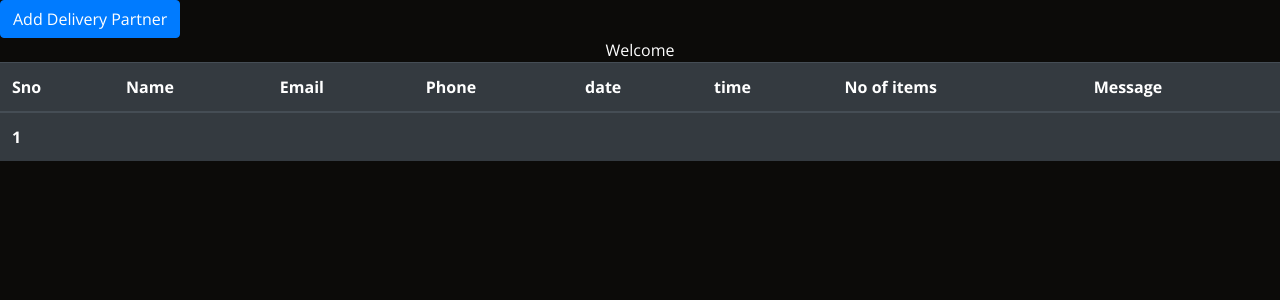
Repository: Amalraveendran/Amal
Page: http://localhost/cakehub/admin-.jsp
The author's editor kept a copy of each file at every save. The page is drawn from the files as they stood at one save, then again after the next save.
The browser window is 1280 px wide. The pictures show the whole page.
Some web fonts or font styles are not loaded; a fallback is used. The page is served by Tomcat 9. The session is filled in as if someone had signed in: {"username": "testuser"}. Other server files are loaded and not shown. The template is opened directly, without the code that normally fills it, so the values that code supplies are empty.

Above is the page before, as saved 2021-01-30 08:50:38.

### Eclipse Workspace/cakehub/WebContent/admin-.jsp
<%@ page language="java" contentType="text/html; charset=ISO-8859-1"
    pageEncoding="ISO-8859-1"%>
<!DOCTYPE html>
<html>
<head>
<meta charset="ISO-8859-1">
<title>Admin-pane</title>

 <link href="assets/img/back.jpg" rel="icon">
  <link href="assets/img/index.jpg" rel="apple-touch-icon">

  <!-- Google Fonts -->
  <link href="https://fonts.googleapis.com/css?family=Open+Sans:300,300i,400,400i,600,600i,700,700i|Playfair+Display:ital,wght@0,400;0,500;0,600;0,700;1,400;1,500;1,600;1,700|Poppins:300,300i,400,400i,500,500i,600,600i,700,700i" rel="stylesheet">

  <!-- Vendor CSS Files -->
  <link href="assets/vendor/bootstrap/css/bootstrap.min.css" rel="stylesheet">
  <link href="assets/vendor/icofont/icofont.min.css" rel="stylesheet">
  <link href="assets/vendor/boxicons/css/boxicons.min.css" rel="stylesheet">
  <link href="assets/vendor/animate.css/animate.min.css" rel="stylesheet">
  <link href="assets/vendor/owl.carousel/assets/owl.carousel.min.css" rel="stylesheet">
  <link href="assets/vendor/venobox/venobox.css" rel="stylesheet">
  <link href="assets/vendor/aos/aos.css" rel="stylesheet">

  <!-- Template Main CSS File -->
  <link href="assets/css/style.css" rel="stylesheet">
</head>
<body>



<%

if(session.getAttribute("username")==null)
{
	response.sendRedirect("login.jsp");
}




%>
<nav>

<a class="btn btn-primary" href="deliveryPartnerReg.jsp">Add Delivery Partner</a>

</nav>
<center>
Welcome

<table class="table table-dark" >
  <thead>
    <tr>
      <th scope="col">Sno</th>
      <th scope="col">Name</th>
      <th scope="col">Email</th>
      <th scope="col">Phone</th>
      <th scope="col">date</th>
      <th scope="col">time</th>
      <th scope="col">No of items</th>
      <th scope="col">Message</th>
    </tr>
  </thead>
  <tbody>

  <c:forEach var="i" begin="1" end ="10">

    <tr>
      <th scope="row">1</th>
      <td>${name }</td>
      <td>${email}</td>
      <td>${phone }</td>
        <td>${date}</td>
          <td>${time}</td>
            <td>${nos}</td>
              <td>${message}</td>
    </tr>
    </c:forEach>

  </tbody>
</table>
</center>



 <script src="assets/vendor/jquery/jquery.min.js"></script>
  <script src="assets/vendor/bootstrap/js/bootstrap.bundle.min.js"></script>
  <script src="assets/vendor/jquery.easing/jquery.easing.min.js"></script>
  <script src="assets/vendor/php-email-form/validate.js"></script>
  <script src="assets/vendor/owl.carousel/owl.carousel.min.js"></script>
  <script src="assets/vendor/isotope-layout/isotope.pkgd.min.js"></script>
  <script src="assets/vendor/venobox/venobox.min.js"></script>
  <script src="assets/vendor/aos/aos.js"></script>

  <!-- Template Main JS File -->
  <script src="assets/js/main.js"></script>
</body>
</html>

Loaded but not shown: Eclipse Workspace/cakehub/WebContent/assets/js/main.js (220 lines, source omitted); Eclipse Workspace/cakehub/WebContent/assets/css/style.css (1797 lines, source omitted)

After the next save:
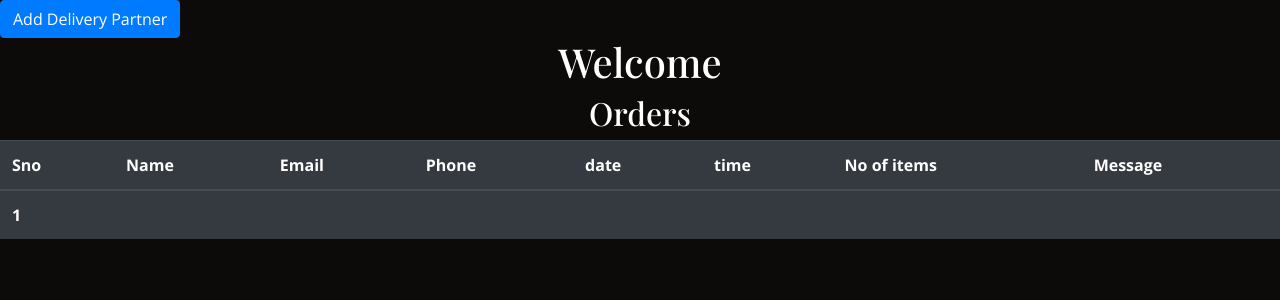
Saved 32 s later.
--- a/Eclipse Workspace/cakehub/WebContent/admin-.jsp
+++ b/Eclipse Workspace/cakehub/WebContent/admin-.jsp
@@ -45,8 +45,8 @@ if(session.getAttribute("username")==null)
 
 </nav>
 <center>
-Welcome
-
+<h1>Welcome</h1>
+<h2>Orders</h2>
 <table class="table table-dark" >
   <thead>
     <tr>
